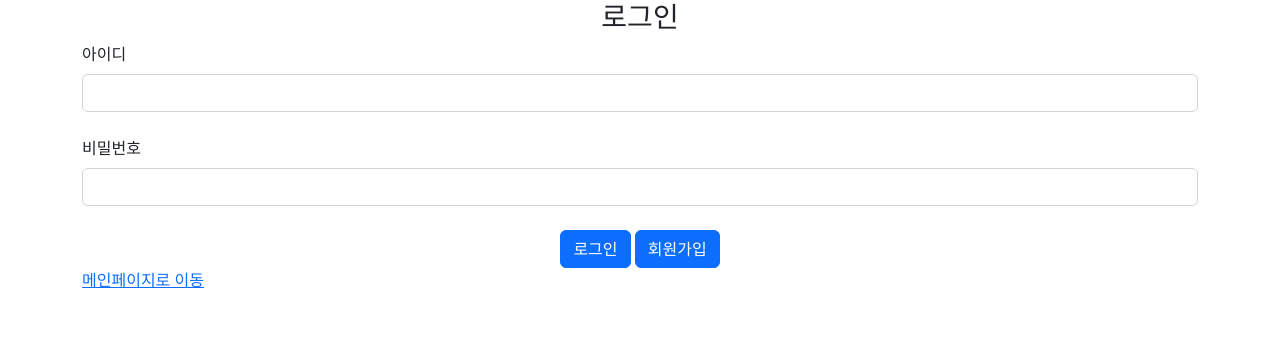
Repository: DNWissac/OJTphp
Page: http://localhost/view/signin.php
An editor plug-in stored every save of this project. The page is shown before and after the next save, followed by the edit.
The browser window is 1280 px wide. The pictures show the whole page.
The page is run by PHP 8.4 with error messages shown; the project is at /var/www/html/.

Above is the page before, as saved 2022-08-05 08:36:26.

After the next save:
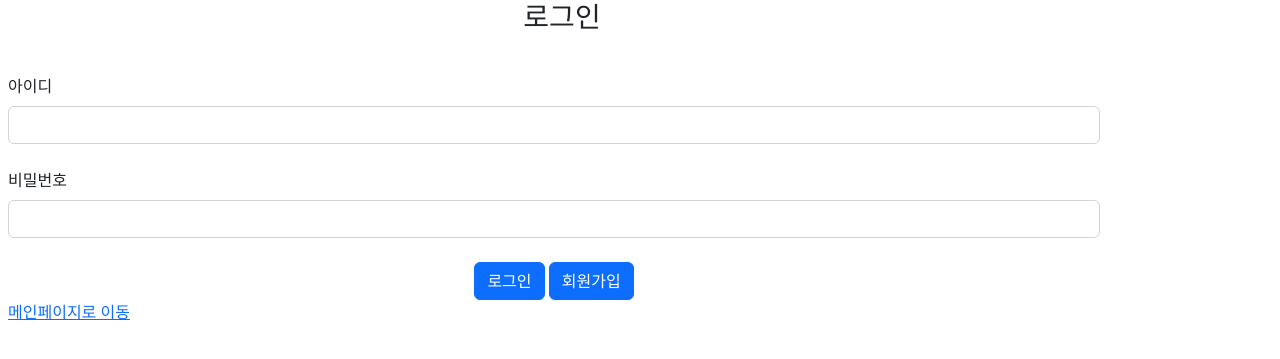
Saved 37 s later.
--- a/Board1/View/signin.php
+++ b/Board1/View/signin.php
@@ -26,7 +26,7 @@
 </head>
 <body>
 
-<div class="container">
+<div class="container row g-3 align-items-center">
 	<h3 style="text-align: center;">로그인</h3>
 
     <div class="row g-3 align-items-center">

After the save that followed:
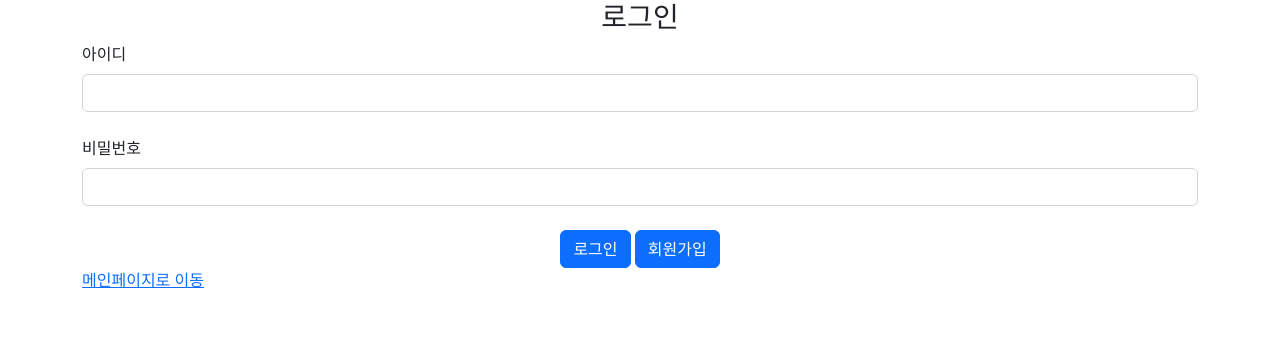
Saved 7 s later.
--- a/Board1/View/signin.php
+++ b/Board1/View/signin.php
@@ -26,7 +26,7 @@
 </head>
 <body>
 
-<div class="container row g-3 align-items-center">
+<div class="container">
 	<h3 style="text-align: center;">로그인</h3>
 
     <div class="row g-3 align-items-center">
